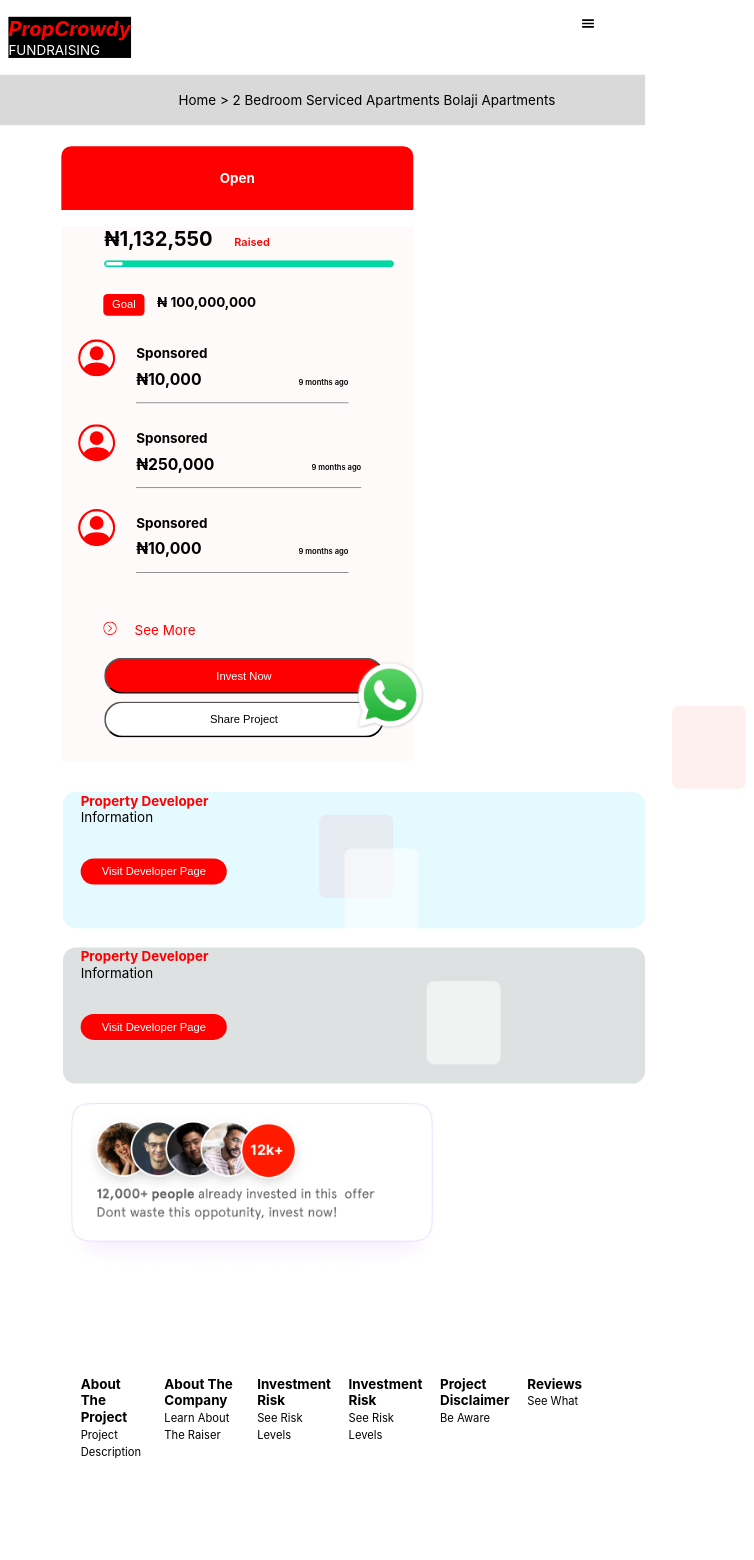
Repository: uh-sman/Popcrowdy
Page: /
An editor plug-in stored every save of this project. The page is shown before and after the next save, followed by the edit.
The browser window is 768 px wide. The page is 888 px wide, then 898 px, so the pictures cover 898 px, including what lies to the right of the window. The pictures show the whole page, at 84% of full size.
The project was rebuilt for these pictures with package versions that can differ from the ones it lists, and the page was loaded fresh each time. Also part of the build but not shown: src/components/Section/carousel.css, src/components/Section/Carousel.js.

Above is the page before, as saved 2022-11-15 06:53:59.

### src/App.js
import CarouselDemo from "./components/Section/Carousel";
import "./App.css";
import { Navbar, Hero } from "./components";
import Scroll from "./components/Section/Scroll";
import SubCard from "./components/Section/SubCard";
import SubNav from "./components/SubNav";

function App() {
  return (
    <div className="App">
      <Navbar />
      <SubNav />
      <Hero />
      <SubCard />
      <Scroll />
      {/* <CarouselDemo /> */}
    </div>
  );
}

export default App;

### src/App.css
* {
  text-decoration: none;
  list-style: none;
  padding: 0px;
  margin: 0;
  box-sizing: border-box;
  /* overflow: hidden; */
}

### src/components/index.js
export { default as Navbar } from "./Navbar";
export { default as Hero } from "./Section/Hero";
// export { default as Card } from "./Section/Card";

### src/components/Section/Scroll.js
import React from "react";
import { scroll } from "./data";
import "./scroll.css";
const Scroll = () => {
  return (
    <div>
      <div className="scrollContainer">
        {scroll.map(({ title, subtext, id }) => {
          return (
            <div key={id} className="texts">
              <h4>{title}</h4>
              <small>{subtext}</small>
            </div>
          );
        })}
      </div>
    </div>
  );
};

export default Scroll;
{
  /* <div className="inner-border">
  <div className="content">
    <h4>{title}</h4>
    <small>{subtext}</small>
  </div>
</div>; */
}

### src/components/Section/SubCard.jsx
import React from "react";
import img1 from "../assets/Group.png";
import img2 from "../assets/Rectangle44.png";
import group from "../assets/Group2.png";
import "./subcard.css";
const SubCard = () => {
  return (
    <div className="subcard-container">
      <div className="subcard">
        <div
          style={{
            backgroundColor: "#E4FAFF",
            borderRadius: "15px",
            height: "162px",
          }}
        >
          <div className="texts">
            <h4 style={{ color: "red", width: "412px" }}>Property Developer</h4>
            <p>Information</p>
            <button className="button" style={{ marginTop: "39px" }}>
              Visit Developer Page
            </button>
          </div>
          <div className="box">
            <img src={img1} className="box3" />
            <img src={img2} className="box4" />
          </div>
        </div>
        <div
          style={{
            backgroundColor: "#DEE1E2",
            borderRadius: "15px",
            height: "162px",
          }}
        >
          <div style={{ display: "flex" }}>
            <div className="texts">
              <h4 style={{ color: "red", width: "412px" }}>
                Property Developer
              </h4>
              <p>Information</p>
              <button className="button" style={{ marginTop: "39px" }}>
                Visit Developer Page
              </button>
            </div>
            {/*  */}
            <div className="box-gray">
              <img src={img1} className="box1" />
              <img src={img2} className="box2" />
            </div>
          </div>
        </div>
        <div className="group">
          <img src={group} />
        </div>
      </div>
    </div>
  );
};

export default SubCard;
// height: "162px";

### src/components/SubNav.jsx
import React from "react";

const SubNav = () => {
  return (
    <div className="subnav-container" style={{ marginBottom: "25px" }}>
      <div style={{ background: "#D9D9D9 50%", width: "100%", height: "60px" }}>
        <p
          style={{
            paddingTop: "20px",
            display: "flex",
            justifyContent: "flex-end",
            marginRight: "107px",
          }}
        >
          Home {">"} 2 Bedroom Serviced Apartments Bolaji Apartments
        </p>
      </div>
    </div>
  );
};

export default SubNav;

### src/components/Navbar.jsx
import React, { useState } from "react";
import "./navbar.css";
import { FiSearch } from "react-icons/fi";
import { sidebar } from "./Section/data";
import { GiHamburgerMenu } from "react-icons/gi";
const Navbar = () => {
  const [isOpen, setIsOpen] = useState(false);
  return (
    <div style={{}}>
      <nav>
        <div className="navbar-container">
          <div style={{ backgroundColor: "black" }}>
            <h1>
              <p style={{ color: "red" }}>
                <i>PropCrowdy</i>
              </p>
            </h1>
            <p style={{ color: "white" }}>FUNDRAISING</p>
          </div>
          <div>
            <ul className="nav-list">
              <li>HOME</li>
              <li>DISCOVER</li>
              <li>HOW IT WORKS</li>
              <li>RESOURCES</li>
              <li>BLOG</li>
              <FiSearch />
              <button className="btn">DASHBOARD</button>
            </ul>
          </div>
          <div className="container">
            {isOpen ? (
              <div className="sidebar">
                <div className="sidebar-container">
                  <div
                    className="close-menu "
                    onClick={() => setIsOpen(!isOpen)}
                  >
                    X
                  </div>
                  {sidebar.map(({ title, button, id }) => {
                    return (
                      <ul className="sidebar-list" key={id}>
                        <li>{title}</li>
                      </ul>
                    );
                  })}
                </div>
                <FiSearch className="search" />
                <button title="DASHBOARD" className="sidebar-btn">
                  DASHBOARD
                </button>
              </div>
            ) : (
              <GiHamburgerMenu
                style={{ marginRight: "50px" }}
                onClick={(e) => setIsOpen(!isOpen)}
              />
            )}
          </div>
        </div>
      </nav>
    </div>
  );
};

export default Navbar;

### src/components/Section/Hero.jsx
import React, { useState } from "react";
import "./hero.css";
import { Carousel } from "react-responsive-carousel";

import Card from "./Card";
import CarouselDemo from "./Carousel";
const Hero = () => {
  const [selected, setIsSelected] = useState(false);
  const [isSelected, setSelected] = useState(false);
  //    document.getElementById("select");
  if (selected) {
    // show the current image
    console.log("hello");
  } else {
    console.log("not selected");
  }
  return (
    <div className="hero-container">
      <div className="flexed-card">
        <div>{/* <CarouselDemo /> */}</div>
        <div className="card">
          {" "}
          <Card />{" "}
        </div>
      </div>
    </div>
  );
};

export default Hero;
{
  /* <div>
  <div style={{ marginBottom: "57px" }}>
    <p style={{ color: "red" }}>Hazrat Concept</p>
    <h1 style={{ fontWeight: "900px" }}>2 Bedroom Serviced Apartments</h1>
  </div>
  <div id="select" value={selected} onClick={(e) => setIsSelected(!selected)}>
    <img src={img1} />
  </div>
  <div style={{ marginTop: "16px" }}>
    <div className="sub-card"></div>
  </div>
</div>; */
}

### src/components/Section/data.js
import img from "../assets/Progressbar.png";
export const data = [
  {
    id: 1,
    title: "Sponsored",
    amount: "₦10,000",
    link: "https://img.icons8.com/material-sharp/2x/user-male-circle.png",
    date: "9 months ago",
  },
  {
    id: 2,
    title: "Sponsored",
    amount: "₦250,000",
    link: "https://img.icons8.com/material-sharp/2x/user-male-circle.png",
    date: "9 months ago",
  },
  {
    id: 3,
    title: "Sponsored",
    amount: "₦10,000",
    link: "https://img.icons8.com/material-sharp/2x/user-male-circle.png",
    date: "9 months ago",
  },
];

export const sidebar = [
  {
    id: "HOME",
    title: "HOME",
  },
  {
    id: "DISCOVER",
    title: "DISCOVER",
  },
  {
    id: "HOW IT WORKS",
    title: "HOW IT WORKS",
  },
  {
    id: "RESOURCES",
    title: "RESOURCES",
  },
  {
    id: "BLOG",
    title: "BLOG",
  },
  {
    id: "DASHBOARD",
    button: "DASHBOARD",
  },
];
export const amount = [
  {
    raise: "₦1,132,550",
    id: "raise",
    subtext: "Raised",
    goal: "₦ 100,000,000",
    image: img,
    text: "Goal",
  },
];
export const scroll = [
  {
    id: 1,
    title: "About The Project",
    subtext: "Project Description",
  },
  {
    id: 2,
    title: "About The Company",
    subtext: "Learn About The Raiser",
  },
  {
    id: 3,
    title: "Investment Risk",
    subtext: "See Risk Levels",
  },
  {
    id: 3,
    title: "Investment Risk",
    subtext: "See Risk Levels",
  },
  {
    id: 4,
    title: "Project Disclaimer",
    subtext: "Be Aware",
  },
  {
    id: 5,
    title: "Reviews",
    subtext: "See What",
  },
];

### src/components/Section/scroll.css
.scrollContainer {
  margin: 120px 75px;
  display: flex;
  overflow-x: auto;
  /* gap: 200px; */
  justify-content: space-between;
  /* gap: 55px; */
}
/* .texts{
  m
} */
/* .content,
.outer-border {
  width: 240px;
  height: 150px;
  text-align: justify;
  background-color: green;
  color: white;
  padding-left: 10px;
  padding-right: 10px;
}
.outer-border {
  border: 2px solid black;
  position: relative;
  overflow: hidden;
}
.inner-border {
  position: absolute;
  left: 0;
  overflow-y: hidden;
  overflow-x: scroll;
}
.inner-border::-webkit-scrollbar {
  display: none;
} */

### src/components/Section/subcard.css
.button {
  padding: 8px 25px;
  background-color: red;
  color: white;
  border-radius: 47px;
  border: none;
}
.texts {
  margin-left: 21px;
}
.box {
  /* margin-top: 61px;
  top:1400px;*/
  position: absolute;
  top: 120px;
  left: 10px;
  /* margin-left: 25px; */
}
.box-gray {
  /* margin-top: 61px;
  top:1400px;*/
  position: absolute;
  top: 120px;
  left: 10px;
  /* margin-left: 25px; */
}
.box2 {
  /* margin-left: -50px;
  margin-top: 50px; */
  position: absolute;
  /* position: inherit; */
  width: 88px;
  height: 99px;
  margin-top: 40px;
  /* left: 860px; */
  /* top: 880px; */
}
.box3 {
  /* margin-left: -50px;
  margin-top: 50px; */
  position: absolute;
  /* position: inherit; */
  width: 88px;
  height: 99px;
  left: 370px;
  top: 850px;
}
.box1 {
  /* margin-left: -50px;
  margin-top: 50px; */
  position: absolute;
  /* position: inherit; */
  width: 88px;
  height: 99px;
  left: 800px;

  top: 840px;
}
.box4 {
  /* margin-left: -50px;
  margin-top: 50px; */
  /* position: absolute; */
  position: inherit;
  width: 88px;
  height: 99px;
  left: 400px;
  top: 890px;
}
@media only screen and (min-width: 200px) and (max-width: 950px) {
  .subcard {
    /* flex-direction: column; */
  }
  .box {
    /* width: fit-content; */
    position: absolute;
  }
  .box-gray {
    position: inherit;
  }
}
@media only screen and (max-width: 960px) {
  .group {
    display: block;
  }
  .subcard {
    /* display: block; */
    flex-direction: column;
  }
}
@media only screen and (max-width: 960px) {
}
.subcard {
  display: flex;
  /* display: grid; */
  /* grid-template-columns: 1fr 1fr 1fr; */
  /* grid-template-rows: 100px; */
  /* grid-gap: 23px; */
  gap: 23px;
  margin-left: 75px;
  margin-top: 37px;
}

### src/components/navbar.css
.navbar-container {
  display: flex;
  justify-content: space-between;
  margin: 20px 10px;
}
.nav-list {
  display: flex;
  gap: 40px;
  margin-right: 60px;
}
.btn {
  background-color: white;
  border: 1px solid black;
  padding: 8px 10px;
  font-weight: 500;
}
@media only screen and (min-width: 200px) and (max-width: 950px) {
  .nav-list {
    flex-direction: column;
    display: none;
  }
}
@media only screen and (min-width: 960px) and (max-width: 1650px) {
  .container {
    display: none;
  }
}
.sidebar {
  background: gray;
  position: absolute;
  top: 0px;
  line-height: 70px;
  right: 0;
  /* left: 700px; */
  z-index: 100;
  width: 30%;
  height: 100%;
}
.close-menu {
  font-weight: 900;
  /* position: absolute; */
  display: flex;
  justify-content: flex-end;
  margin-right: 40px;
  right: 20px;
  top: 0;
}
.sidebar-list {
  /* border-bottom: 1px solid white; */
  /* margin-left: 20px; */
  text-align: center;
}
.sidebar-btn {
  background-color: white;
  border: 1px solid black;
  padding: 8px 10px;
  font-weight: 500;
  display: flex;
  justify-content: center;
  margin: auto;
}
.search {
  /* background-color: white;
  border: 1px solid black; */
  /* padding: 8px 10px; */
  /* font-weight: 500; */
  display: flex;
  justify-content: center;
  margin: auto;
  margin-bottom: 20px;
}

### src/components/Section/hero.css
.hero-container {
  margin-left: 73px;
}
.sub-card {
  display: flex;
  gap: 16px;
}
.flexed-card {
  display: flex;
  gap: 62px;
}
@media only screen and (min-width: 200px) and (max-width: 950px) {
  .flexed-card {
    display: block;
  }
}
.card {
  display: flex;
  justify-content: flex-start;
}

### src/components/Section/Card.jsx
import React from "react";
import { data } from "./data";
import { amount } from "./data";
// import img from "../assets/Progressbar.png";
import logo from "../assets/WhatsApp 1.png";
import { BsPersonCircle } from "react-icons/bs";
import { TfiArrowCircleRight } from "react-icons/tfi";
import "./card.css";
const Card = () => {
  return (
    <div>
      <div>
        <div className="red">
          <h4>Open</h4>
        </div>
        <div className="card-content">
          <div>
            {amount.map(({ id, raise, subtext, image, goal, text }) => {
              return (
                <div key={id}>
                  <h2 style={{ marginLeft: "51px", marginTop: "20px" }}>
                    {raise} <span className="subtext">{subtext}</span>
                  </h2>
                  <img src={image} className="rectangle" />
                  <div className="goal">
                    <button className="btns">{text}</button>
                    <h4>{goal}</h4>
                  </div>
                </div>
              );
            })}
          </div>
          {data.map(({ title, id, amount, date }) => {
            return (
              <div key={id}>
                <div className="card-items">
                  <div>
                    <BsPersonCircle className="image-style" />
                  </div>
                  <div className="" style={{ marginBottom: "25px" }}>
                    <h4>{title}</h4>
                    <h3 className="border">
                      {amount} <span className="date">{date}</span>
                    </h3>
                  </div>
                </div>
              </div>
            );
          })}
          <p className="seemore">
            <TfiArrowCircleRight />
            <span style={{ marginLeft: "21.05px" }}>See More</span>
          </p>
          <div className="button-class">
            <div className="logo">
              <img src={logo} />
            </div>
            <button className="card-buttons1">Invest Now </button>
            <button className="card-buttons2">Share Project </button>
          </div>
        </div>
      </div>
    </div>
  );
};

export default Card;

### src/components/Section/card.css
.red {
  background-color: red;
  height: 75.9189224243164px;
  width: 419px;
  left: 963px;
  top: 242px;
  /* border-radius: 12px; */
  border-top-left-radius: 12px;
  border-top-right-radius: 12px;

  text-align: center;
  justify-content: center;
  align-items: center;
  display: flex;
  color: white;
}

.card-items {
  display: flex;
  flex-direction: row;
  margin-left: 20px;
  gap: 25px;
  line-height: 32px;
  /* border-bottom: 1px solid gray; */
}
.subtext {
  font-size: 13px;
  line-height: 16.6px;
  font-weight: 600;
  margin-left: 20px;
  color: red;
}
.card-content {
  /* background-color: rgb(167, 117, 117); */
  background: #fffafa;
  /* border: 1px solid gray; */
  /* border-top-left-radius: 12px;
  border-top-right-radius: 12px; */
  /* border-radius: 12px; */
}
.image-style {
  height: 44.099998474121094px;
  width: 44.099998474121094px;
  left: 0.45001220703125px;
  top: 0.45001220703125px;
  border-radius: 0px;
  color: #ff0000;
}
.date {
  font-size: 9px;
  line-height: 11.19px;
  font-weight: 600;
  margin-left: 111px;
}
.rectangle {
  margin-top: 11px;
  margin-left: 51px;
}
.card-buttons1 {
  height: 43.249427795410156px;
  width: 333.0001525878906px;
  left: 0px;
  top: 0px;
  border-radius: 47px;
  background: #ff0000;
  color: white;
}
.card-buttons2 {
  height: 43.249427795410156px;
  width: 333.0001525878906px;
  left: 0px;
  top: 0px;
  border-radius: 47px;
  background: #ffff;
  margin-bottom: 27.75px;
}
.border {
  padding-bottom: 11px;
  border-bottom: 1px solid gray;
}
.seemore {
  /* margin: 32.64px 50.19px; */
  margin-top: 32.64px;
  margin-bottom: 23.19px;
  margin-left: 50.19px;
  color: red;
}
.button-class {
  display: flex;
  flex-direction: column;
  gap: 8.75px;
  margin-left: 51px;
}
.logo {
  position: absolute;
  left: 480px;
}
.btns {
  height: 26px;
  width: 49px;
  background: #ff0000;
  border-radius: 5px;
  display: flex;
  align-items: center;
  justify-content: center;
  color: #ffff;
  border: none;
}
.goal {
  margin: 28px 50px;
  display: flex;
  gap: 15px;
}
@media only screen and (min-width: 200px) and (max-width: 950px) {
  .logo {
    left: 420px;
  }
}

Loaded but not shown: public/index.html (common file); src/index.js (common file); src/index.css (common file)

After the next save:
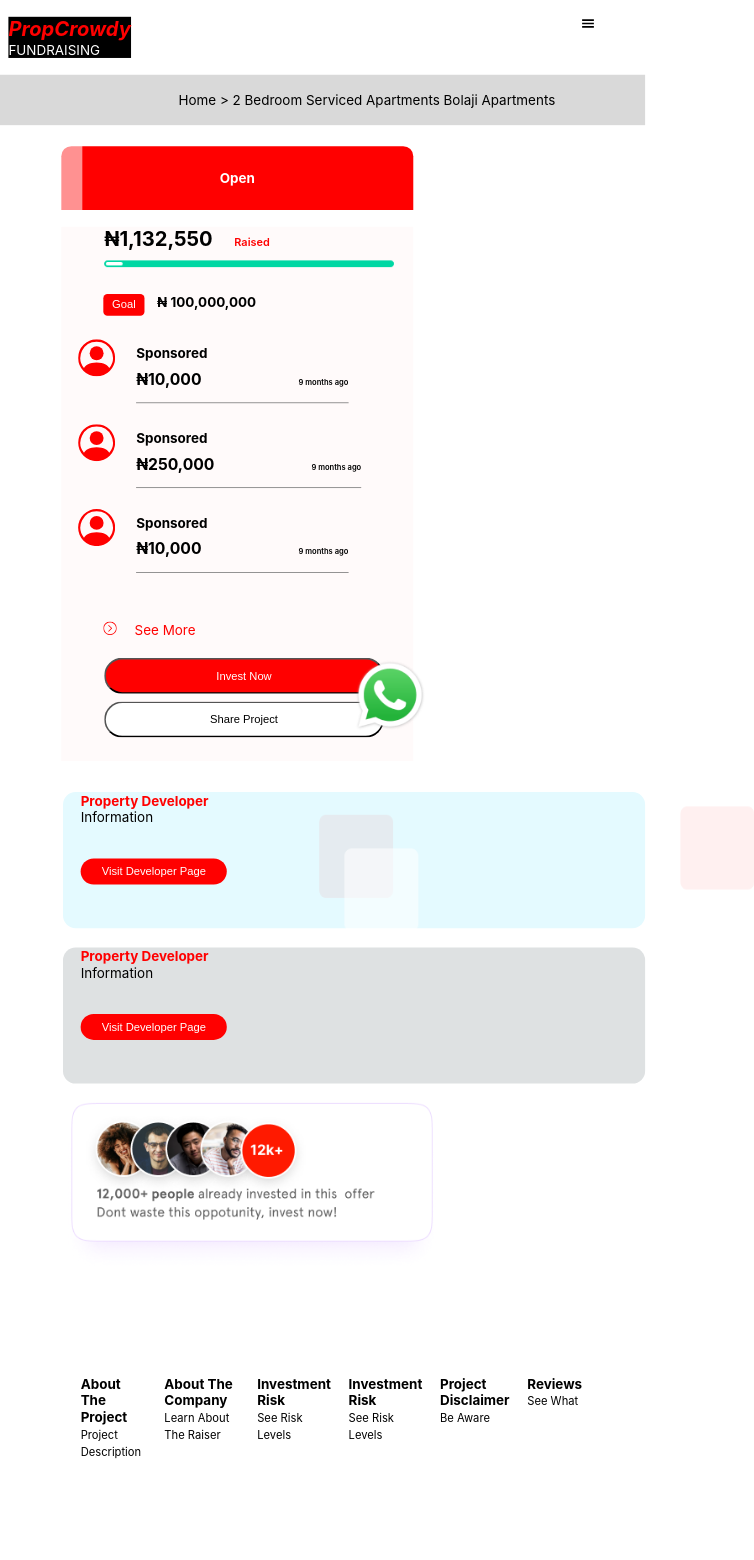
Saved 59 s later.
--- a/src/components/Section/subcard.css
+++ b/src/components/Section/subcard.css
@@ -75,7 +75,7 @@
     position: absolute;
   }
   .box-gray {
-    position: inherit;
+    position: absolute;
   }
 }
 @media only screen and (max-width: 960px) {
